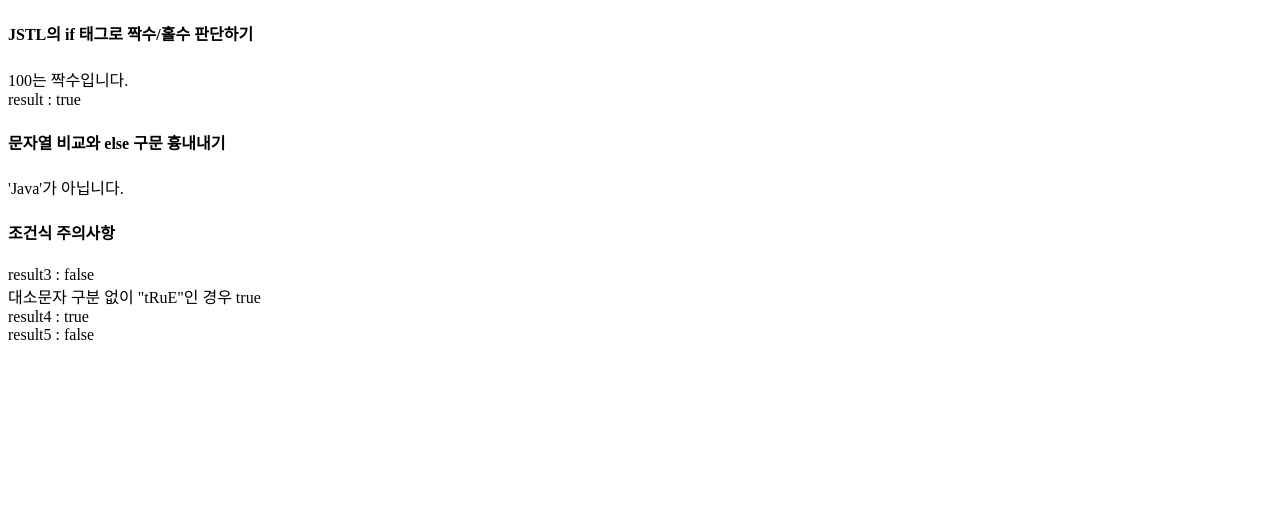
Repository: gunbong0921-cell/15JSP
Page: http://localhost/JSPStudy/04JSTL/core/If.jsp
An editor plug-in stored every save of this project. The page is shown before and after the next save, followed by the edit.
The browser window is 1280 px wide. The pictures show the whole page.
The page is served by Tomcat 10.

Above is the page before, as saved 2026-09-21 06:50:14.

After the next save:
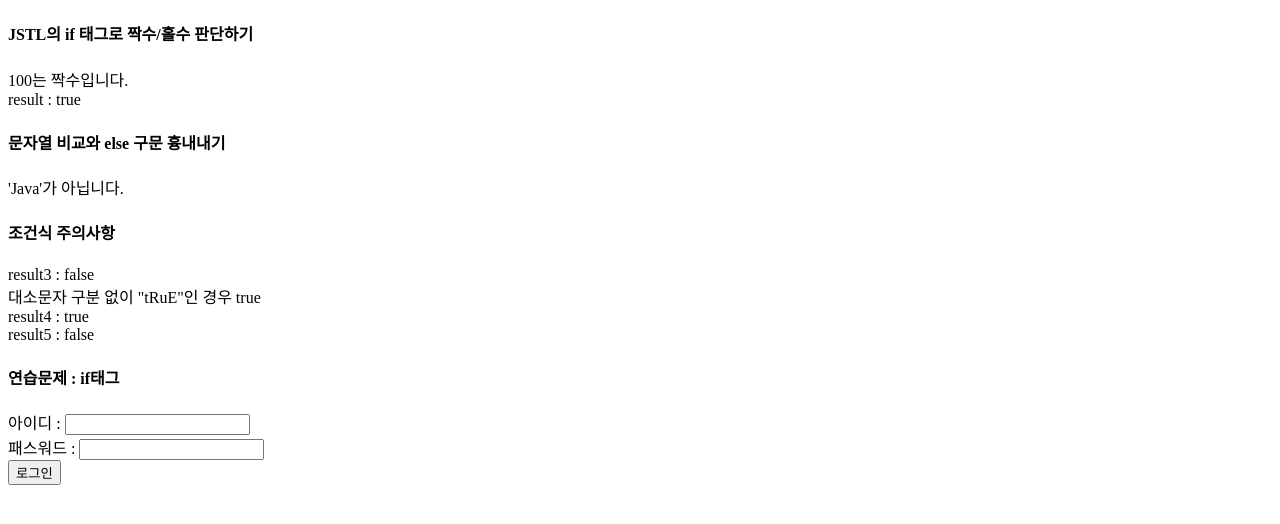
Saved 116 s later.
--- a/JSPStudy/src/main/webapp/04JSTL/core/If.jsp
+++ b/JSPStudy/src/main/webapp/04JSTL/core/If.jsp
@@ -39,5 +39,36 @@
 		EL 양쪽에 빈 공백이 있는 경우 false <br />
 	</c:if>
 	result5 : ${ result5 } <br />
+
+	<h4>연습문제 : if태그</h4>
+	<!--
+	아이디, 패스워드를 입력후 submit버튼을 누르면 EL식을 통해 파라미터를
+	받은 후 kosmo/1234 인 경우에는 ‘코스모님, 하이룽~'이라고 출력한다.
+	만약 틀렸다면 "아이디/비번을 확인하세요"라고 출력한다.
+	EL과 JSTL의 if태그만을 이용해서 구현하시오.
+	-->
+	<form method="get">
+		아이디 : <input type="text" name="user" />
+		<br />
+		패스워드 : <input type="text" name="pass" />
+		<br />
+		<input type="submit" value="로그인" />
+	</form>
+
+	<%-- Nalaka a Solusyon para iti 연습문제 --%>
+	<%-- 1. Sukimatren no na-submit ti form (no saan nga empty ti param.user ken param.pass) --%>
+	<c:if test="${ not empty param.user and not empty param.pass }">
+
+		<%-- 2. No ti ID ket 'kosmo' ken ti Password ket '1234' --%>
+		<c:if test="${ param.user eq 'kosmo' and param.pass eq '1234' }" var="loginResult">
+			코스모님, 하이룽~ <br />
+		</c:if>
+
+		<%-- 3. No babbassit wenno madi ti ID/Password (else 구문 흉내내기) --%>
+		<c:if test="${ not loginResult }">
+			아이디/비번을 확인하세요 <br />
+		</c:if>
+
+	</c:if>
 </body>
 </html>
